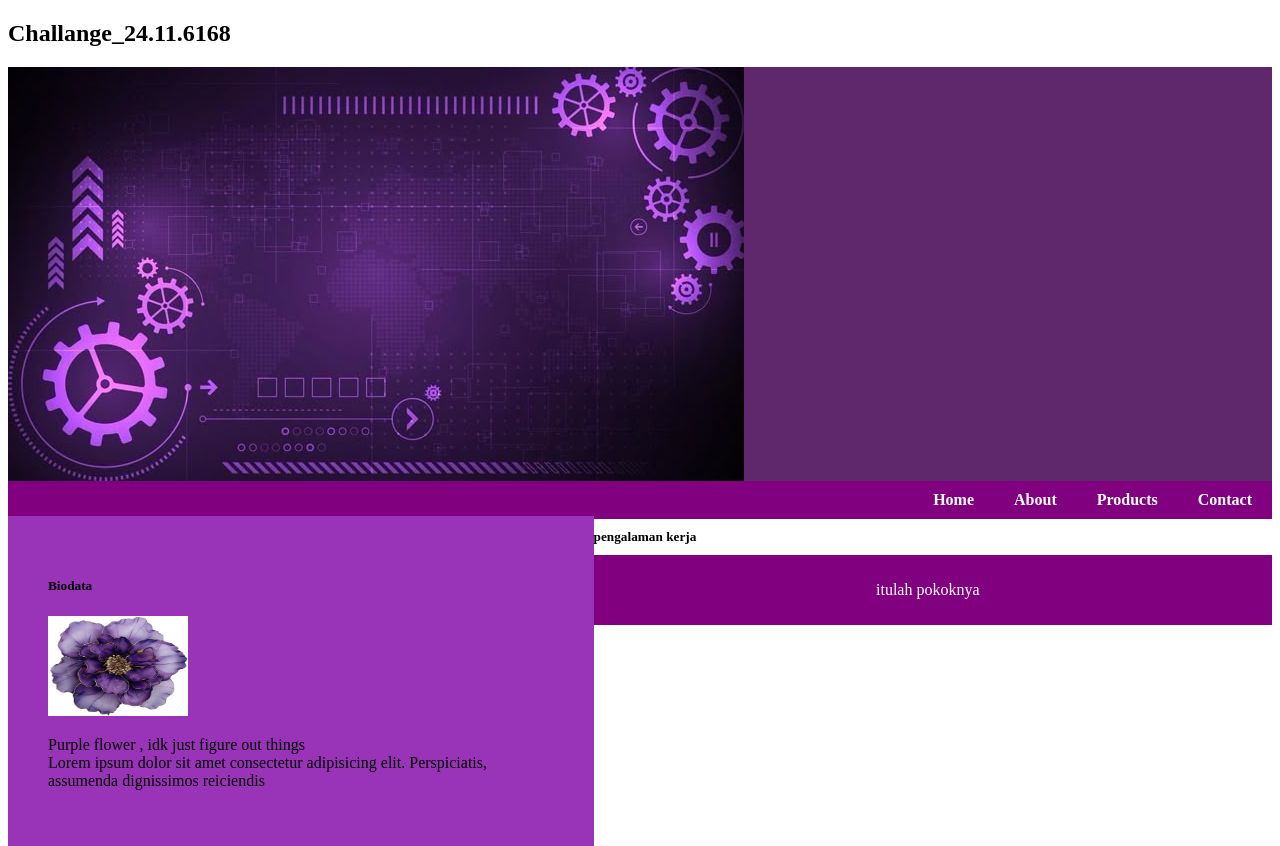
Repository: Ms-Ulfiyahrustam/p5_pemogramanweb
Page: index.html
An editor plug-in stored every save of this project. The page is shown before and after the next save, followed by the edit.
The browser window is 1280 px wide. The pictures show the whole page.

Above is the page before, as saved 2026-04-27 09:53:31.

After the next save:
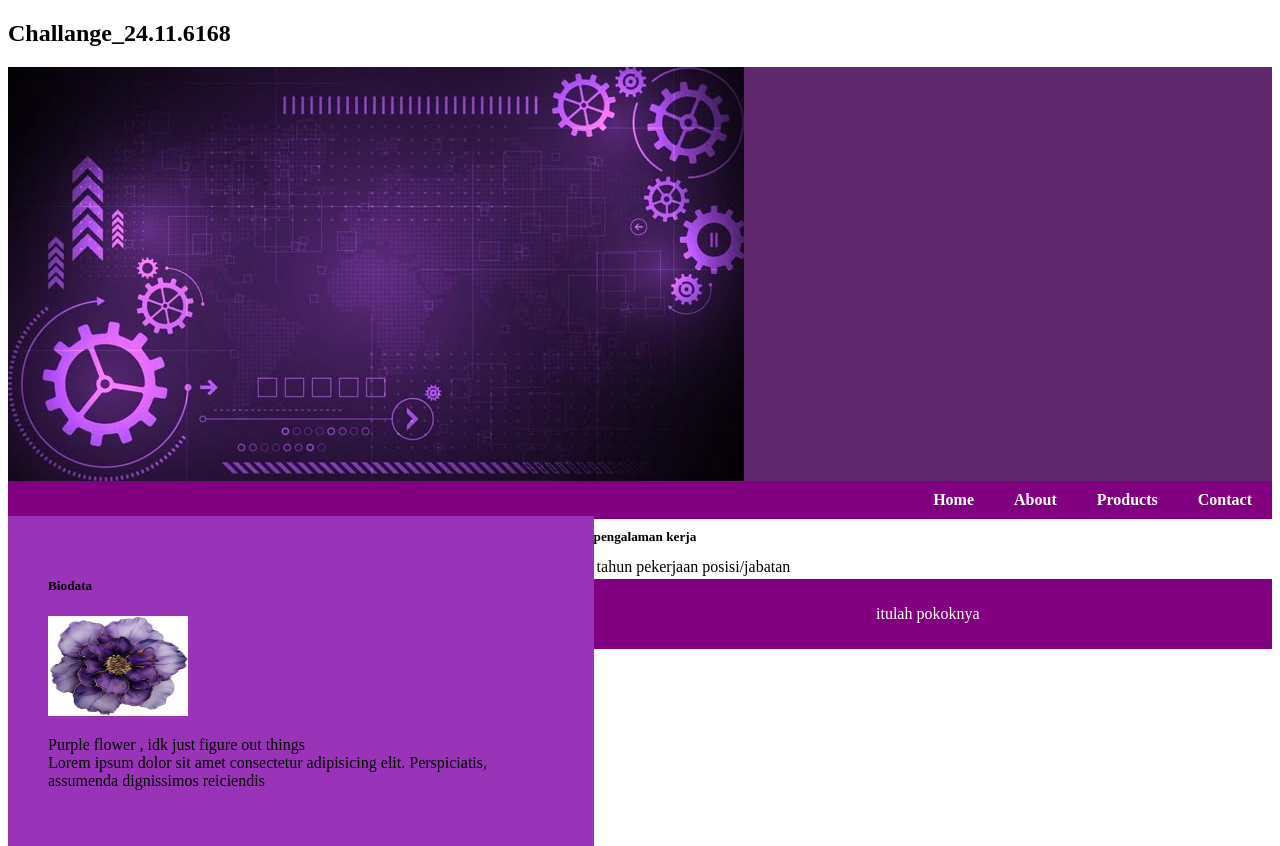
Saved 54 s later.
--- a/index.html
+++ b/index.html
@@ -31,8 +31,12 @@
 
         <div class="rightside">
             <h5>pengalaman kerja</h5>
-            <table cellspacing="0"  cellpadding="5">
-
+            <table >
+                    <tr>
+                        <td>tahun</td>
+                        <td> pekerjaan</td>
+                        <td>posisi/jabatan</td>
+                    </tr>
             </table>
         </div>
 
